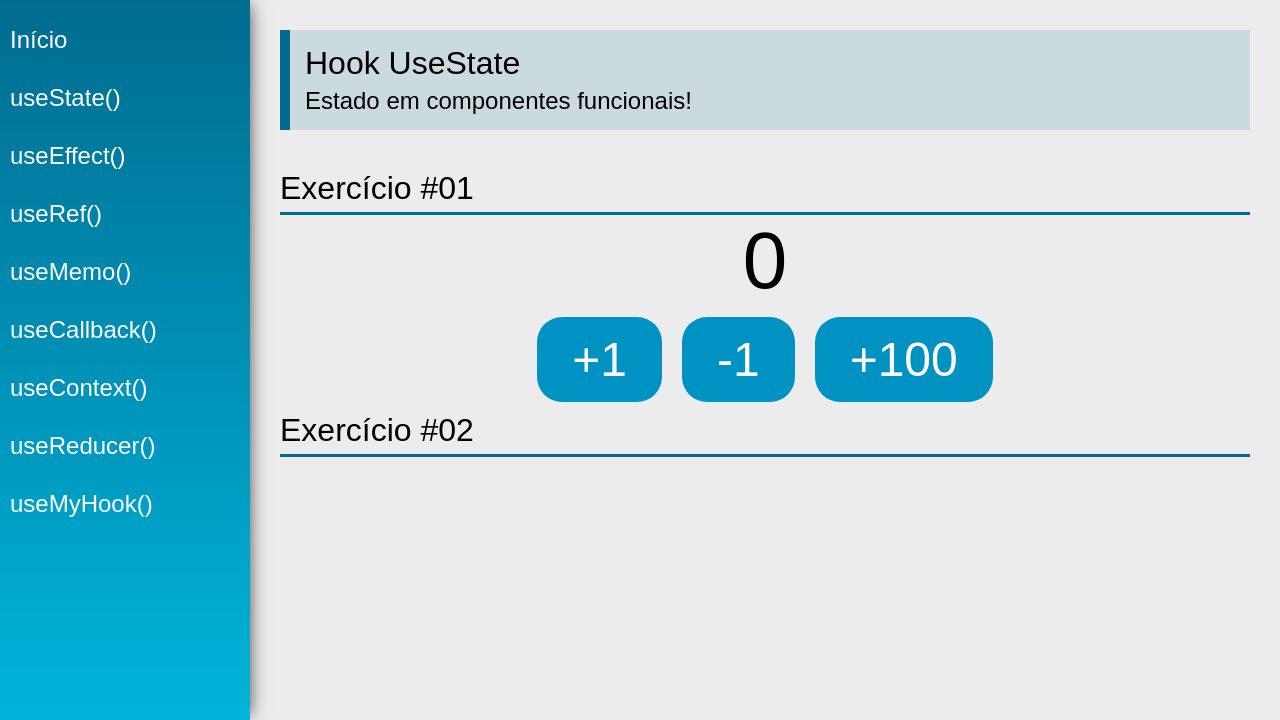
Repository: jean-siqueira/react-hoocks
Page: /useState
These files come from the project's save history. The page is drawn as it stood at one moment and after the next save; the edit follows.
The browser window is 1280 px wide. The pictures show the whole page.
The project was rebuilt for these pictures with package versions that can differ from the ones it lists, and the page was loaded fresh each time. Also part of the build but not shown: src/views/examples/Home.jsx, src/views/examples/NotFound.jsx, src/views/examples/UseEffect.jsx, src/views/examples/UseRef.jsx, src/views/examples/UseCallback.jsx, src/views/examples/UseMemo.jsx, src/views/examples/UseContext.jsx, src/views/examples/UseReducer.jsx and 1 more.

Above is the page before, as saved 2023-04-01 09:41:14.

After the next save:
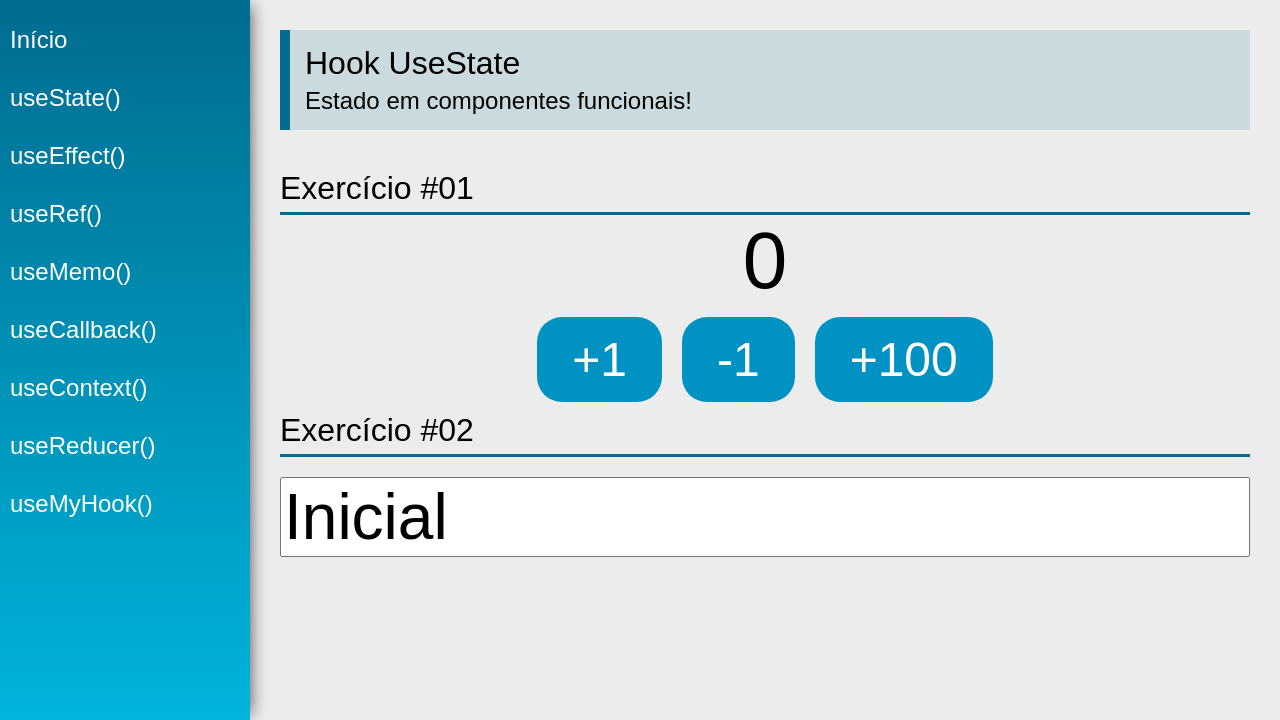
Saved 75 s later.
--- a/src/views/examples/UseState.jsx
+++ b/src/views/examples/UseState.jsx
@@ -5,7 +5,7 @@ import SectionTitle from '../../components/layout/SectionTitle'
 const UseState = (props) => {
 
     const [count, setCount] = useState(0)
-    const [name, setName] = useState("")
+    const [name, setName] = useState("Inicial")
 
     return (
         <div className="UseState">
@@ -24,6 +24,7 @@ const UseState = (props) => {
             </div>
 
             <SectionTitle title="Exercício #02" />
+            <input type="text" className="input" value={name} />
         </div>
     )
 }
